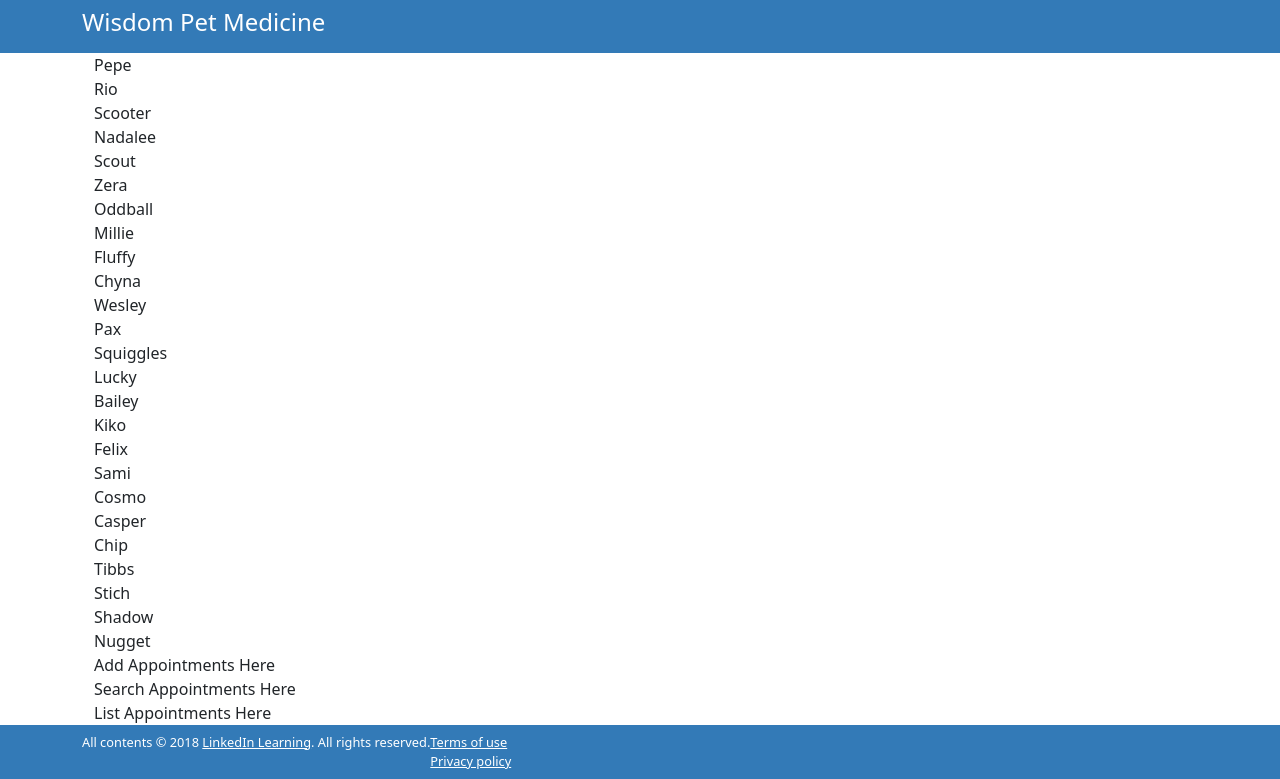
Repository: DevLuDaley/reactinterface
Page: /
These files come from the project's save history. The page is drawn as it stood at one moment and after the next save; the edit follows.
The browser window is 1280 px wide. The pictures show the whole page.
The project was rebuilt for these pictures with package versions that can differ from the ones it lists, and the page was loaded fresh each time. Also part of the build but not shown: src/css/App.css.

Above is the page before, as saved 2021-02-04 17:51:35.

### public/index.html
<!DOCTYPE html>
<html lang="en">
  <head>
    <meta charset="utf-8" />
    <link rel="icon" href="%PUBLIC_URL%/favicon.ico" />
    <meta name="viewport" content="width=device-width, initial-scale=1" />
    <meta name="theme-color" content="#000000" />
    <meta
      name="description"
      content="Web site created using create-react-app"
    />
    <link rel="apple-touch-icon" href="%PUBLIC_URL%/logo192.png" />
    <!--
      manifest.json provides metadata used when your web app is installed on a
      user's mobile device or desktop. See https://developers.google.com/web/fundamentals/web-app-manifest/
    -->
    <link rel="manifest" href="%PUBLIC_URL%/manifest.json" />
    <!--
      Notice the use of %PUBLIC_URL% in the tags above.
      It will be replaced with the URL of the `public` folder during the build.
      Only files inside the `public` folder can be referenced from the HTML.

      Unlike "/favicon.ico" or "favicon.ico", "%PUBLIC_URL%/favicon.ico" will
      work correctly both with client-side routing and a non-root public URL.
      Learn how to configure a non-root public URL by running `npm run build`.
    -->
    <title>React App</title>
  </head>
  <body>
    <noscript>You need to enable JavaScript to run this app.</noscript>
    <header class="container text-white">
      <h4 class="py-2">Wisdom Pet Medicine</h4>
    </header>

    <div id="root"></div>

    <footer class="container d-flex text-white py-2">
      <p>
        All contents &copy; 2018
        <a href="https://www.linkedin.com/learning">LinkedIn Learning</a>. All
        rights reserved.
      </p>
      <div class="ml-auto">
        <a class="d-block text-white" href="#">Terms of use</a>
        <a class="d-block text-white" href="#">Privacy policy</a>
      </div>
      <!-- col-md-6 -->
    </footer>
    <!-- footer -->
  </body>
</html>

### src/index.js
import React from 'react';
import ReactDOM from 'react-dom';
import 'bootstrap/dist/css/bootstrap.css'
import './css/index.css';
import App from './components/App';
import reportWebVitals from './reportWebVitals';
// import * as serviceWorker from './serviceWorker';
import 'jquery/dist/jquery'
import 'popper.js/dist/umd/popper'
import 'bootstrap/dist/js/bootstrap'

ReactDOM.render(
  <React.StrictMode>
    <App />
  </React.StrictMode>,
  document.getElementById('root')
);

// If you want to start measuring performance in your app, pass a function
// to log results (for example: reportWebVitals(console.log))
// or send to an analytics endpoint. Learn more: https://bit.ly/CRA-vitals
// serviceWorker.unregister()
reportWebVitals();

### src/components/App.js
import React, { Component } from 'react'
import '../css/App.css';
import AddAppointments from './AddAppointments';
import SearchAppointments from './SearchAppointments';
import ListAppointments from './ListAppointments';

class App extends Component {
  constructor(props) {
    super(props);
    this.state = {
      // myName: 'LH',
      authorized: true,
      myAppointments: []
     }
  }
  componentDidMount() {
    fetch('./data.json')
    .then(response => response.json())
    .then(result => {
      const apts = result.map(item => {
        return item;
      })
      this.setState({
        myAppointments: apts
      })
    })
  }

  render() {
    const listItems = this.state.myAppointments.map(item => (
      <div>
        {item.petName}
      </div>
    ))
    return (
      // <div className="App">
            <main className="page bg-white" id="petratings">
        <div className="container">
          <div className="row">
            <div className="col-md-12 bg-white">
              <div className="container">
              {/* { this.state.myName} */}
              { listItems }
                <div> <AddAppointments /> </div>
                <div> <SearchAppointments authorized={true}/> </div>
                <div> <ListAppointments /> </div>
              </div>
            </div>
          </div>
        </div>
      </main>
    // </div>
      );
  }
}

export default App;

### src/components/AddAppointments.js
import React, { Component } from 'react'

class AddAppointments extends Component {
    constructor(props) {
        super(props);
        this.state = {  }
    }
    render() {
        return (
            <div>
                Add Appointments Here
            </div>
         );
    }
}

export default AddAppointments;

### src/components/SearchAppointments.js
import React, { Component } from 'react'
class SearchAppointments extends Component {
    constructor(props) {
        super(props);
        this.state = {  }
    }
    render() {
        return (
        <div>
            Search Appointments Here
        </div>
        );
    }
}

export default SearchAppointments;

### src/components/ListAppointments.js
import React, { Component } from 'react'

class ListAppointments extends Component {
    constructor(props) {
        super(props);
        this.state = {  }
    }
    render() {
        return (
        <div>
            List Appointments Here
        </div>
        );
    }
}
export default ListAppointments;

### public/data.json
[
  {
    "petName": "Pepe",
    "ownerName": "Reggie Tupp",
    "aptNotes": "It's time for this rabbit's post spaying surgery checkup",
    "aptDate": "2018-11-28 13:30"
  },
  {
    "petName": "Rio",
    "ownerName": "Philip Ransu",
    "aptNotes": "Rio is up for his next round of vaccinations",
    "aptDate": "2018-11-28 10:15"
  },
  {
    "petName": "Scooter",
    "ownerName": "Zachary Heilyn",
    "aptNotes": "Scooter has been pawing at his ear and may have an ear infection",
    "aptDate": "2018-11-28 14:45"
  },
  {
    "petName": "Nadalee",
    "ownerName": "Krystle Valerija",
    "aptNotes": "This dog is coming in for his monthly nail trim and grooming",
    "aptDate": "2018-11-28 16:00"
  },
  {
    "petName": "Scout",
    "ownerName": "Nicolette Bardeau",
    "aptNotes": "This dog is coming in for his annual checkup and vaccinations",
    "aptDate": "2018-11-28 9:00"
  },
  {
    "petName": "Zera",
    "ownerName": "Austin Finnagan",
    "aptNotes": "This iguana's is showing signs of dementia associated with his old age",
    "aptDate": "2018-11-29 13:15"
  },
  {
    "petName": "Oddball",
    "ownerName": "Howie Cadell",
    "aptNotes": "Oddball has a hard lump on right front foot",
    "aptDate": "2018-11-29 10:00"
  },
  {
    "petName": "Millie",
    "ownerName": "Freya Terray",
    "aptNotes": "MIllie has exhibited signs of an upset stomach and is not eating regularly",
    "aptDate": "2018-11-29 11:45"
  },
  {
    "petName": "Fluffy",
    "ownerName": "Tracy Westbay",
    "aptNotes": "Fluffy has some matted hair that needs to be groomed",
    "aptDate": "2018-11-29 14:30"
  },
  {
    "petName": "Chyna",
    "ownerName": "Sandie Gobnet",
    "aptNotes": "This turtle is coming in for a checkup and to be tested for Salmonella",
    "aptDate": "2018-11-29 16:00"
  },
  {
    "petName": "Wesley",
    "ownerName": "Nathan Cayden",
    "aptNotes": "This dog is returning for his next heartworm treatment visit",
    "aptDate": "2018-11-29 8:30"
  },
  {
    "petName": "Pax",
    "ownerName": "Sarah Greer",
    "aptNotes": "This senior dog has been sluggish and showing lethargic behavior",
    "aptDate": "2018-11-30 10:15"
  },
  {
    "petName": "Squiggles",
    "ownerName": "Madisyn Roope",
    "aptNotes": "Squiggles is due for her annual checkup and vaccinations",
    "aptDate": "2018-11-30 11:30"
  },
  {
    "petName": "Lucky",
    "ownerName": "Lisa Choy-Wu",
    "aptNotes": "This cat has tartar buildup and her owner would like his teeth cleaned",
    "aptDate": "2018-11-30 14:30"
  },
  {
    "petName": "Bailey",
    "ownerName": "Leslie Richardson",
    "aptNotes": "This cat is suffering from hotspots and dermatitis",
    "aptDate": "2018-11-30 15:45"
  },
  {
    "petName": "Kiko",
    "ownerName": "Kathlyn Zlata",
    "aptNotes": "Kiko has been exhibiting excessive thirst and weight loss for the past few weeks",
    "aptDate": "2018-11-30 9:00"
  },
  {
    "petName": "Felix",
    "ownerName": "Francine Benet",
    "aptNotes": "Felix's mom is coming in to follow up on  lab work results",
    "aptDate": "2018-12-1 13:00"
  },
  {
    "petName": "Sami",
    "ownerName": "Maggie Rickland",
    "aptNotes": "Sami has had some changes in his bathroom in habits",
    "aptDate": "2018-12-1 10:00"
  },
  {
    "petName": "Cosmo",
    "ownerName": "Jennifer Dawson",
    "aptNotes": "Cosmo's mom would like us to check for arthritic conditions and do a routine checkup",
    "aptDate": "2018-12-1 11:30"
  },
  {
    "petName": "Casper",
    "ownerName": "Dalania Devitto",
    "aptNotes": "This dog is coming in for a nail trim and grooming",
    "aptDate": "2018-12-1 15:15"
  },
  {
    "petName": "Chip",
    "ownerName": "Jason Hemlock",
    "aptNotes": "This fish has a spotty white patch developing on his back ",
    "aptDate": "2018-12-1 8:45"
  },
  {
    "petName": "Tibbs",
    "ownerName": "Shad Cayden",
    "aptNotes": "Tibbs has had an ongoing rash and cold symptoms and we are going to run allergy tests",
    "aptDate": "2018-12-2 13:30"
  },
  {
    "petName": "Stich",
    "ownerName": "Dennis Nicholback",
    "aptNotes": "Stich has been having some stomach issues and is due for his vaccinations",
    "aptDate": "2018-12-2 10:15"
  },
  {
    "petName": "Shadow",
    "ownerName": "Audry Topsy",
    "aptNotes": "This cat has a red swollen eye with a discharge",
    "aptDate": "2018-12-2 15:00"
  },
  {
    "petName": "Nugget",
    "ownerName": "Darla Branson",
    "aptNotes": "This little fish Nugget, has  a rash on his stomach area",
    "aptDate": "2018-12-2 9:00"
  }
]

Loaded but not shown: src/css/index.css (common file); src/reportWebVitals.js (common file)

After the next save:
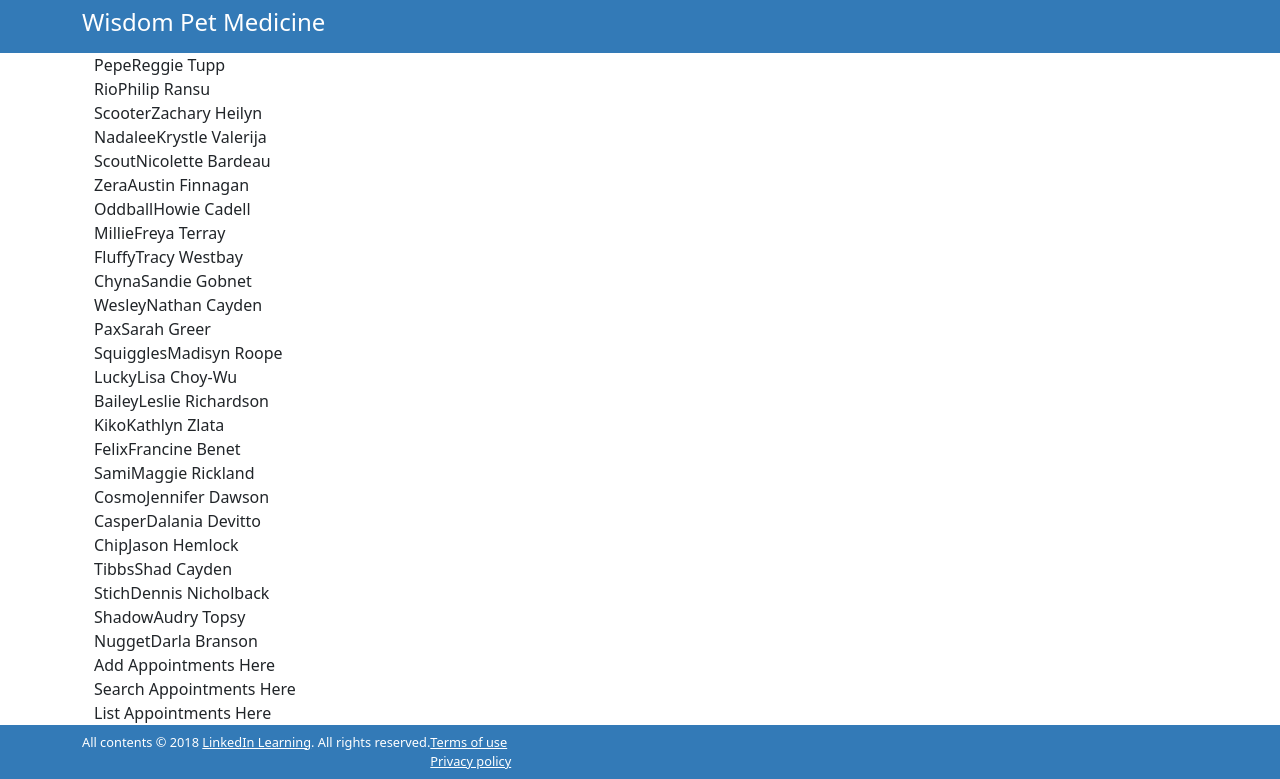
Saved 22 s later.
--- a/src/components/App.js
+++ b/src/components/App.js
@@ -30,6 +30,7 @@ class App extends Component {
     const listItems = this.state.myAppointments.map(item => (
       <div>
         {item.petName}
+        {item.ownerName}
       </div>
     ))
     return (
